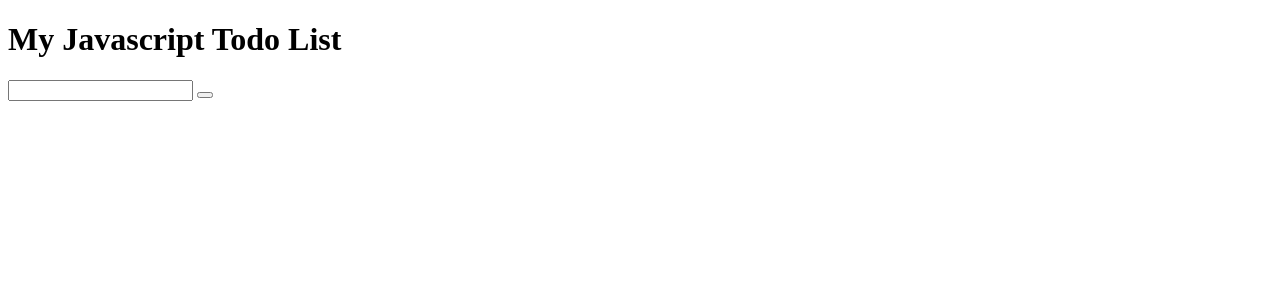
Repository: LuisMiLR/JavaScript-Todo-List
Page: index.html
The author's editor kept a copy of each file at every save. The page is drawn from the files as they stood at one save, then again after the next save.
The browser window is 1280 px wide. The pictures show the whole page.

Above is the page before, as saved 2023-05-01 13:13:02.

### index.html
<!DOCTYPE html>
<html lang="en">
<head>
    <meta charset="UTF-8">
    <meta http-equiv="X-UA-Compatible" content="IE=edge">
    <meta name="viewport" content="width=device-width, initial-scale=1.0">
    <title>My Javascript Todo List</title>
    <link rel="stylesheet" href="style.css">
    <link href="https://fonts.googleapis.com/css2?family=Orbitron:wght@400;700&family=Poppins:wght@200;400&display=swap" rel="stylesheet">

</head>
<body>

    <header>
        <h1>My Javascript Todo List </h1>
    </header>
    <form>
        <input type="text" class="todo-input">
        <button class="todo-button" type="submit">
        <i class="fa-solid fa-square-plus"></i>
        </button>
    </form>


</body>
</html>

Loaded but not shown: style.css (no copy from this time; the picture is the same without it)

After the next save:
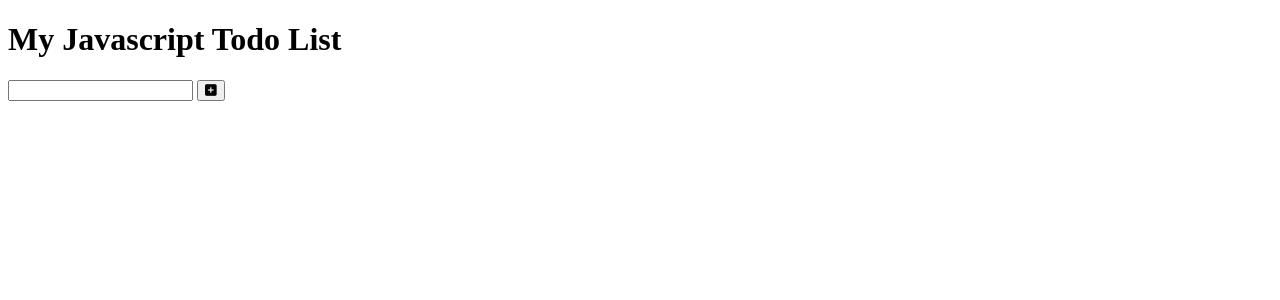
Saved 17 s later.
--- a/index.html
+++ b/index.html
@@ -7,7 +7,7 @@
     <title>My Javascript Todo List</title>
     <link rel="stylesheet" href="style.css">
     <link href="https://fonts.googleapis.com/css2?family=Orbitron:wght@400;700&family=Poppins:wght@200;400&display=swap" rel="stylesheet">
-
+    <link rel="stylesheet" href="https://cdnjs.cloudflare.com/ajax/libs/font-awesome/6.4.0/css/all.min.css" integrity="sha512-iecdLmaskl7CVkqkXNQ/ZH/XLlvWZOJyj7Yy7tcenmpD1ypASozpmT/E0iPtmFIB46ZmdtAc9eNBvH0H/ZpiBw==" crossorigin="anonymous" referrerpolicy="no-referrer" />
 </head>
 <body>
 
